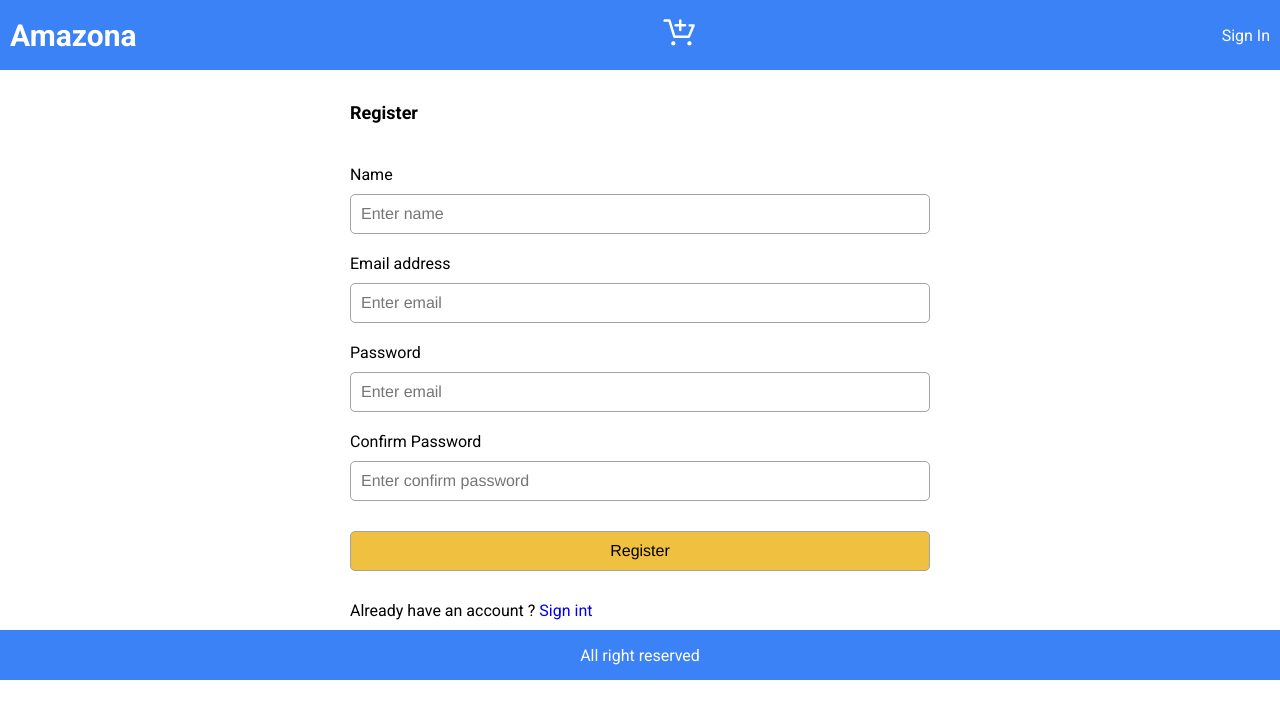
Repository: rexhep/e-commerce
Page: /register (app in frontend/)
The author's editor kept a copy of each file at every save. The page is drawn from the files as they stood at one save, then again after the next save.
The browser window is 1280 px wide. The pictures show the whole page.
The project was rebuilt for these pictures with package versions that can differ from the ones it lists, and the page was loaded fresh each time. Also part of the build but not shown: frontend/src/actions/cartActions.js, frontend/src/components/clientHeader/ClientHeader.jsx, frontend/src/components/MessageBox.js, frontend/src/pages/CartPage.js, frontend/src/components/Rating.js, frontend/src/components/Product.js, frontend/src/components/LoadingBox.js, frontend/src/actions/productActions.js and 22 more.

Above is the page before, as saved 2021-10-13 00:06:39.

### frontend/public/index.html
<!DOCTYPE html>
<html lang="en">
  <head>
    <meta charset="utf-8" />
    <link rel="icon" href="%PUBLIC_URL%/favicon.ico" />
    <meta name="viewport" content="width=device-width, initial-scale=1" />
    <meta name="theme-color" content="#000000" />
    <meta
      name="description"
      content="Web site created using create-react-app"
    />
    <link rel="apple-touch-icon" href="%PUBLIC_URL%/logo192.png" />
    <!--
      manifest.json provides metadata used when your web app is installed on a
      user's mobile device or desktop. See https://developers.google.com/web/fundamentals/web-app-manifest/
    -->
    <link rel="manifest" href="%PUBLIC_URL%/manifest.json" />
    <!--
      Notice the use of %PUBLIC_URL% in the tags above.
      It will be replaced with the URL of the `public` folder during the build.
      Only files inside the `public` folder can be referenced from the HTML.

      Unlike "/favicon.ico" or "favicon.ico", "%PUBLIC_URL%/favicon.ico" will
      work correctly both with client-side routing and a non-root public URL.
      Learn how to configure a non-root public URL by running `npm run build`.
    -->
    <link
        rel="stylesheet"
        href="https://cdnjs.cloudflare.com/ajax/libs/font-awesome/4.7.0/css/font-awesome.min.css"
      />
      <link rel="preconnect" href="https://fonts.googleapis.com">
      <link href="https://fonts.googleapis.com/css2?family=Roboto:ital,wght@0,100;0,300;0,400;0,500;0,700;0,900;1,100;1,300;1,400;1,500;1,700;1,900&display=swap" rel="stylesheet">
    <title>React App</title>
  </head>
  <body>
    <noscript>You need to enable JavaScript to run this app.</noscript>
    <div id="root"></div>
    <!--
      This HTML file is a template.
      If you open it directly in the browser, you will see an empty page.

      You can add webfonts, meta tags, or analytics to this file.
      The build step will place the bundled scripts into the <body> tag.

      To begin the development, run `npm start` or `yarn start`.
      To create a production bundle, use `npm run build` or `yarn build`.
    -->
  </body>
</html>

### frontend/src/index.js
import React from 'react';
import { Provider } from 'react-redux';
import ReactDOM from 'react-dom';
import './index.css';
import App from './App';
import reportWebVitals from './reportWebVitals';
import store from './store';

ReactDOM.render(
  <Provider store={store}>
    <React.StrictMode>
      <App />
    </React.StrictMode>
  </Provider>,
  document.getElementById('root')
);

// If you want to start measuring performance in your app, pass a function
// to log results (for example: reportWebVitals(console.log))
// or send to an analytics endpoint. Learn more: https://bit.ly/CRA-vitals
reportWebVitals();

### frontend/src/index.css
html {
  font-size: 62.5%; /* 16px x 62.5 = 10px = 1rem */
  box-sizing: border-box;
}

body {
  margin: 0;
  height: 100vh;
  font-size: 1.6rem;
  font-family: 'Roboto', sans-serif;
  -webkit-font-smoothing: antialiased;
  -moz-osx-font-smoothing: grayscale;
}
#root {
  height: 100%;
}

/* Layout */
.primary-container {
  margin-top: 20px;
}
.grid-container {
  display: grid;
  grid-template-areas:
  'header'
  'main'
  'footer';
  grid-template-columns: 1fr;
  grid-template-rows: 5rem 1fr 5rem;
  height: 100%;
}

header {
  grid-area: header;
  background-color: #3B82F6;
  height: 50px;
}

main {
  /* grid-area: main;
  padding: 1rem; */
}

footer {
  grid-area: footer;
  background-color: #3B82F6;
  height: 50px;
  color: #fff
}
/* Common */
h1 {
  font-size: 1.8rem;
  padding: 1rem 0;
}

h2 {
  font-size: 1.6rem;
  padding: 1rem 0;
}
a {
  text-decoration: none;
}
a:hover {
  color: #ff8000;
}
ul {
  padding: 0;
  margin: 0;
  list-style-type: none;
}
li {
  margin-top: 1rem;
}

.mr-20 {
  margin-right: 20px;
}

input,
select,
textarea,
button {
  padding: 1rem;
  border-radius: 0.5rem;
  border: 0.1rem #a4a4a4 solid;
  font-size: 1.6rem;
  font-family: Helvetica, Arial, sans-serif;
  -webkit-font-smoothing: antialiased;
  -moz-osx-font-smoothing: grayscale;
}

button {
  background-color: #f8f8f8;
  cursor: pointer;
}

#fade-button {
  color: #fff;
  font-size: 1.6rem;
}
#fade-button:hover {
  border: none;
}

input:hover,
select:hover,
textarea:hover,
button:hover {
  border: 0.1rem #404040 solid;
}
button.primary {
  background-color: #f0c040;
}
button.block {
  width: 100%;
}

button.small {
  font-size: 1.2rem;
}

/* Header */
header {
  color: #fff;
  padding: 1rem;
}
header div a {
  color: #fff;
}
a.brand {
  color: white;
  font-size: 3rem;
  font-weight: bold;
}
.badge {
  background-color: #f02020;
  color: #ffffff;
  border-radius: 50%;
  padding: 0.2rem 0.7rem;
  font-size: 1.4rem;
  margin-left: 0.2rem;
}
.row {
  display: flex;
  flex-wrap: wrap;
  justify-content: space-between;
  align-items: center;
}
.row.center {
  justify-content: center;
}
.row.top {
  align-items: flex-start;
}
.col-1 {
  flex: 1 1 25rem;
}
.col-2 {
  flex: 2 1 50rem;
}

.min-30 {
  min-width: 30rem;
}

/* Image */
img {
  border-radius: 0.5rem;
}
img.small {
  max-width: 5rem;
  width: 100%;
}
img.medium {
  max-width: 29rem;
  width: 100%;
}
img.large {
  width: 100%;
}
img.custom-image {
  max-width: 29rem;
  width: 100%;
  max-height: 600px;
  height: 100%;
}

/* SLIDER */
.slider-cover {
  float: left;
  width: 100%;
  height: 800px;
}

.slider-cover .desc {
  position: absolute;
  left: 50%;
  top: 50%;
  transform: translate(-50%, -50%);
  -ms-transform: translate(-50%, -50%); /* for IE 9 */
  -webkit-transform: translate(-50%, -50%); /* for Safari */
}

.slider-cover .desc h2.title {
  font-size: 32px;
  color: #fff;
  text-align: center;
  font-weight: 700;
}

.slider-cover .desc p {
  color: #fff;
  font-size: 16px;
  text-align: center;
  font-weight: 300;
}


/* Card */
.card {
  border: 0.1rem #c0c0c0 solid;
  background-color: #f8f8f8;
  border-radius: 0.5rem;
  margin: 1rem;
}
.card-body {
  padding: 1rem;
}

.card-body > * {
  margin-bottom: 0.5rem;
}

.custom-card {
  overflow: visible !important;
}

.custom-item, .custom-card {
  box-shadow: none !important;
  border-radius: 0 !important;
}

.custom-item {
  border:solid 1px #ccc9c9;
}

.custom-card-content a h2 {
  font-size: 18px;
  color: #1F2937;
  font-weight: 300;
    text-transform: uppercase;
}

.custom-card-content .rating span {
  font-size: 14px;
  font-weight: 300;
}

.custom-card-content .price {
  font-size: 18px;
  font-weight: 700;
  padding-top: 20px;
}

.custom-card img {
  border-radius: 0;
}

.test {
  z-index: 9999;
  background-color: red;
}

.price {
  font-size: 2rem;
}

/* Rating */
.rating span {
  color: #f0c040;
  margin: 0.1rem;
}
.rating span:last-child {
  color: #404040;
}

/* Alert */
.loading {
  display: block !important;
}
.success {
  color: #20a020;
}
.danger {
  color: #a02020;
}

.alert {
  padding: 1rem;
  border: 0.1rem solid transparent;
  border-radius: 0.5rem;
}
.alert-info {
  color: #2020a0;
  background-color: #e0e0ff;
}
.alert-danger {
  color: #a02020;
  background-color: #ffe0e0;
}

.alert-success {
  color: #20a020;
  background-color: #eeffe0;
}

/* Form */
.form {
  max-width: 60rem;
  margin: 0 auto;
}
.form > div {
  display: flex;
  flex-direction: column;
  margin: 1rem;
}
.form label {
  margin: 1rem 0;
}

/* Dropdown */
.dropdown {
  display: inline-block;
  position: relative;
}
.dropdown-content {
  position: absolute;
  display: none;
  right: 0;
  min-width: 12rem;
  padding: 1rem;
  z-index: 1;
  background-color: #203040;
  margin: 0;
  margin-top: 0.4rem;
  border-radius: 0.5rem;
}
.dropdown:hover .dropdown-content {
  display: block;
}

/* Checkout Steps */
.checkout-steps > div {
  border-top: 0.3rem #c0c0c0 solid;
  color: #c0c0c0;
  flex: 1;
  padding: 1rem;
  font-weight: bold;
}
.checkout-steps > div.active {
  border-top-color: #f08000;
  color: #f08000;
}

/* Table */
.table {
  width: 100%;
  border-collapse: collapse;
}
.table tbody tr:nth-of-type(odd) {
  background-color: #f4f4f4;
}
.table td,
.table th {
  text-align: left;
  border: 0.1rem solid #e4e4e4;
  padding: 0.5rem;
}
.table button {
  margin: 0 0.2rem;
}

/* font-SIZE */
.fontSize, .fontSize a {
  font-size: 1.6rem !important;
  color: #333 !important;
}
.fontSize-avatar {
  color: #fff;
  font-size: 1.6rem !important;
}

/* AVATAR ICON */
.avatar-icon {
  margin-left: 10px !important;
}
.avatar-icon:hover {
  border: 0;
}

/* SPINNER */
.spinner-box {
  width: 100%;
  height: 85vh;
  display: flex;
  justify-content: center;
  align-items: center;
  background-color: transparent;
}
.three-quarter-spinner {
  width: 50px;
  height: 50px;
  border: 3px solid #fb5b53;
  border-top: 3px solid transparent;
  border-radius: 50%;
  animation: spin .5s linear 0s infinite;
}

/* END SPINNER */

/* PRODUCT DETAILS */
.product-details {
  padding: 20px;
}
.product-details-image {
  width: 100%;
}

.product-details-image img {
  width: auto;
  max-height: 500px;
  margin: 0 auto;
  display: block;
  border: solid 1px;
  border-radius: 0;
}

.product-details h1 {
  text-transform: uppercase;
  font-family: 'Roboto', sans-serif;
}

.product-details ul li {
  font-family: 'Roboto', sans-serif;
  font-weight: 300;
}

/* END PRODUCT DETAILS */

/* KEYFRAMES */

@keyframes spin {
  from {
    transform: rotate(0);
  }
  to{
    transform: rotate(359deg);
  }
}

@keyframes spin3D {
  from {
    transform: rotate3d(.5,.5,.5, 360deg);
  }
  to{
    transform: rotate3d(0deg);
  }
}

@keyframes configure-clockwise {
  0% {
    transform: rotate(0);
  }
  25% {
    transform: rotate(90deg);
  }
  50% {
    transform: rotate(180deg);
  }
  75% {
    transform: rotate(270deg);
  }
  100% {
    transform: rotate(360deg);
  }
}

@keyframes configure-xclockwise {
  0% {
    transform: rotate(45deg);
  }
  25% {
    transform: rotate(-45deg);
  }
  50% {
    transform: rotate(-135deg);
  }
  75% {
    transform: rotate(-225deg);
  }
  100% {
    transform: rotate(-315deg);
  }
}

@keyframes pulse {
  from {
    opacity: 1;
    transform: scale(1);
  }
  to {
    opacity: .25;
    transform: scale(.75);
  }
}

### frontend/src/components/privateRoute.js
import React from 'react';
import { useSelector } from 'react-redux';
import { Redirect, Route } from 'react-router-dom';

export default function PrivateRoute({ component: Component, ...rest }) {
    const userSignin = useSelector((state) => state.userSignin);
    const { userInfo } = userSignin;
    return (
        <Route
            {...rest}
            render={(props) =>
                userInfo ? (
                    <Component {...props}></Component>
                ) : (
                    <Redirect to="/signin" />
                )
            }
        ></Route>
    );
}

### frontend/src/pages/RegisterPage.jsx
import React, { useState, useEffect } from 'react';
import { useDispatch, useSelector } from 'react-redux';
import { Link } from 'react-router-dom';
import { register } from '../actions/userActions';
import ClientNavbar from '../components/clientHeader/ClientNavbar';
import LoadingBox from '../components/LoadingBox';
import MessageBox from '../components/MessageBox';

export default function RegisterPage(props) {
    const [name, setName] = useState('');
    const [email, setEmail] = useState('');
    const [password, setPassword] = useState('');
    const [confirmPassword, setConfirmPassword] = useState('');

    const redirect = props.location.search
    ? props.location.search.split('=')[1]
    : '/';

      //get userRegister from redux store
  const userRegister = useSelector((state) => state.userRegister);
  console.log('userRegister', userRegister);
  const { userInfo, loading, error } = userRegister;

    const dispatch = useDispatch();
    const submitHandler = (e) => {
        e.preventDefault();
        if(password !== confirmPassword) {
            alert('Password and confirm password are not match');
        } else {
            dispatch(register(name, email, password));
        }
    };

    useEffect(() => {
        if(userInfo) {
            props.history.push(redirect);
        }
    }, [props.history, redirect, userInfo])

    return (
        <>
        <ClientNavbar />
        <div>
            <form className="form" onSubmit={submitHandler}>
                <div>
                    <h1>Register</h1>
                </div>
                {loading && <LoadingBox></LoadingBox>}
                {error && <MessageBox variant="danger">{error}</MessageBox>}
                <div>
                    <label htmlFor="name">Name</label>
                    <input
                        type="text"
                        id="name"
                        placeholder="Enter name"
                        required
                        onChange={ e => setName(e.target.value)}
                    >

                    </input>
                </div>
                <div>
                    <label htmlFor="email">Email address</label>
                    <input
                        type="email"
                        id="email"
                        placeholder="Enter email"
                        required
                        onChange={ e => setEmail(e.target.value)}
                    >

                    </input>
                </div>
                <div>
                    <label htmlFor="password">Password</label>
                    <input
                        type="password"
                        id="password"
                        placeholder="Enter email"
                        required
                        onChange={ e => setPassword(e.target.value)}
                    >

                    </input>
                </div>
                <div>
                    <label htmlFor="confirmPassword">Confirm Password</label>
                    <input
                        type="password"
                        id="confirmPassword"
                        placeholder="Enter confirm password"
                        required
                        onChange={ e => setConfirmPassword(e.target.value)}
                    >

                    </input>
                </div>
                <div>
                    <label />
                    <button className="primary" type="submit">
                        Register
                    </button>
                </div>
                <div>
                    <label />
                    <div>
                        Already have an account ? {' '}
                        <Link to={`/signin?redirect=${redirect}`}>Sign int</Link>
                    </div>
                </div>
            </form>
        </div>
        </>
    )
}

### frontend/src/components/AdminRoute.js
import React from 'react';
import { useSelector } from 'react-redux';
import { Redirect, Route } from 'react-router-dom';

export default function AdminRoute({ component: Component, ...rest }) {
    const userSignin = useSelector((state) => state.userSignin);
    const { userInfo } = userSignin;
    return (
        <Route
            {...rest}
            render={(props) =>
                userInfo && userInfo.isAdmin ? (
                    <Component {...props}></Component>
                ) : (
                    <Redirect to="/signin" />
                )
            }
        ></Route>
    )
}

### frontend/src/reducers/cartReducers.js
import { CART_ADD_ITEM, CART_EMPTY, CART_REMOVE_ITEM, CART_SAVE_PAYMENT_METHOD, CART_SAVE_SHIPPING_ADDRESS } from '../constants/cartContstant';

export const cartReducer = (state = { cartItems: [] }, action) => {
    switch (action.type) {
        case CART_ADD_ITEM:
            const item = action.payload;
            const existItem = state.cartItems.find(x => x.product === item.product);
            if (existItem) {
                return {
                    ...state,
                    cartItems: state.cartItems.map(x =>
                        x.product === existItem.product ? item : x
                    ),

                }
            } else {
                return { ...state, cartItems: [...state.cartItems, item] };
            }

        case CART_REMOVE_ITEM:
            return {
                ...state,
                cartItems: state.cartItems.filter(x => x.product !== action.payload)
                // cartItems: state.cartItems.filter((x) => x.product !== action.payload),
            };

        case CART_SAVE_SHIPPING_ADDRESS:
            return { ...state, shippingAddress: action.payload }

        case CART_SAVE_PAYMENT_METHOD:
            return { ...state, paymentMethod: action.payload }

        case CART_EMPTY:
            return { ...state, cartItems: [] }

        default:
            return state;
    }
}

### frontend/src/reducers/productReducers.js
import { PRODUCT_DETAILS_FAIL, PRODUCT_DETAILS_REQUEST, PRODUCT_DETAILS_SUCCESS, PRODUCT_LIST_FAIL, PRODUCT_LIST_REQUEST, PRODUCT_LIST_SUCCESS, PRODUCT_REGISTER_FAIL, PRODUCT_REGISTER_REQUEST, PRODUCT_REGISTER_SUCCESS } from "../constants/productContants";

export const productListReducer = (state = { loading: true, products: [] }, action) => {
    switch (action.type) {
        case PRODUCT_LIST_REQUEST:
            return { loading: true }
        case PRODUCT_LIST_SUCCESS:
            return { loading: false, products: action.payload }
        case PRODUCT_LIST_FAIL:
            return { loading: false, error: action.payload }
        default:
            return state;
    }
};

export const productDetailsReducer = (state = { loading: true, product: {} }, action) => {
    switch (action.type) {
        case PRODUCT_DETAILS_REQUEST:
            return { loading: true }
        case PRODUCT_DETAILS_SUCCESS:
            return { loading: false, product: action.payload }
        case PRODUCT_DETAILS_FAIL:
            return { loading: false, error: action.payload }
        default:
            return state;
    }
}

export const productRegisterReducer = (state = { loading: true, item: {} }, action) => {
    switch (action.type) {
        case PRODUCT_REGISTER_REQUEST:
            return { loading: true };
        case PRODUCT_REGISTER_SUCCESS:
            return { loading: false, item: action.payload }
        case PRODUCT_REGISTER_FAIL:
            return { loading: false, error: action.payload };
        default:
            return state;
    }
}

### frontend/src/components/clientHeader/ClientNavbar.jsx
import React from 'react';
import { useSelector } from 'react-redux';
import { Link } from 'react-router-dom';
import { makeStyles } from '@material-ui/core';
import addToCartImage from '../../components/clientHeader/images/add-to-cart.png';
import ClientHeader from '../clientHeader/ClientHeader';

const useStyles = makeStyles((theme) => ({
    dashboardDropdown: {
        padding: "0px 10px",
        '& a': {
            textTransform: 'uppercase'
        }
    },
    addToCartSector: {
        position: 'relative',
        '& .badge': {
            position: "absolute",
            right: -15
        }
    }
  }));

export default function ClientNavbar() {
    const classes = useStyles();
    const cart = useSelector(state => state.cart);
    const { cartItems } = cart;

    const userSignin = useSelector((state) => state.userSignin);
    const { userInfo } = userSignin;

    return (
        <div>
                <header className="row">
                    <div>
                        <Link className="brand" to="/">Amazona</Link>
                    </div>
                    <div className={classes.addToCartSector}>
                        <Link to="/cart">
                        <img src={addToCartImage} alt="Add to cart" />
                            {cartItems.length > 0 && (
                                <span className="badge">{cartItems.length}</span>
                            )}
                        </Link>
                    </div>
                    <div>
                        {userInfo ? (
                            <div className="dropdown">
                                <ClientHeader />
                            </div>
                        ) : (
                            <Link to="/signin">Sign In</Link>
                        )}
                        {userInfo && userInfo.isAdmin && (
                            <div className={`${classes.dashboardDropdown} dropdown`}>
                                <Link to="/dashboard">Dashboard</Link>
                            </div>
                        )}
                    </div>
                </header>
            </div>
    )
}

### frontend/src/constants/orderConstants.js
export const ORDER_CREATE_REQUEST = 'ORDER_CREATE_REQUEST';
export const ORDER_CREATE_SUCCESS = 'ORDER_CREATE_SUCCESS';
export const ORDER_CREATE_FAIL = 'ORDER_CREATE_FAIL';
export const ORDER_CREATE_RESET = 'ORDER_CREATE_RESET';

export const ORDER_PAY_REQUEST = 'ORDER_PAY_REQUEST';
export const ORDER_PAY_SUCCESS = 'ORDER_PAY_SUCCESS';
export const ORDER_PAY_FAIL = 'ORDER_PAY_FAIL';
export const ORDER_PAY_RESET = 'ORDER_PAY_RESET';


export const ORDER_DETAILS_REQUEST = 'ORDER_DETAILS_REQUEST';
export const ORDER_DETAILS_SUCCESS = 'ORDER_DETAILS_SUCCESS';
export const ORDER_DETAILS_FAIL = 'ORDER_DETAILS_FAIL';

export const ORDER_MINE_LIST_REQUEST = 'ORDER_MINE_LIST_REQUEST';
export const ORDER_MINE_LIST_SUCCESS = 'ORDER_MINE_LIST_SUCCESS';
export const ORDER_MINE_LIST_FAIL = 'ORDER_MINE_LIST_FAIL';

export const MENAGE_ORDERS_REQUEST = 'MENAGE_ORDERS_REQUEST';
export const MENAGE_ORDERS_SUCCESS = 'MENAGE_ORDERS_SUCCESS';
export const MENAGE_ORDERS_FAIL = 'MENAGE_ORDERS_FAIL';

export const CHANGE_ORDER_DELIVERY_REQUEST = 'CHANGE_ORDER_DELIVERY_REQUEST';
export const CHANGE_ORDER_DELIVERY_SUCCESS = 'CHANGE_ORDER_DELIVERY_SUCCESS';
export const CHANGE_ORDER_DELIVERY_FAIL = 'CHANGE_ORDER_DELIVERY_FAIL';

### frontend/src/constants/userConstants.js
export const USER_REGISTER_REQUEST = 'USER_REGISTER_REQUEST';
export const USER_REGISTER_SUCCESS = 'USER_REGISTER_SUCCESS';
export const USER_REGISTER_FAIL = 'USER_REGISTER_FAIL';

export const USER_SIGNIN_REQUEST = 'USER_SIGNIN_REQUEST';
export const USER_SIGNIN_SUCCESS = 'USER_SIGNIN_SUCCESS';
export const USER_SIGNIN_FAIL = 'USER_SIGNIN_FAIL';

export const USER_SIGNOUT = 'USER_SIGNOUT';

export const USER_DETAILS_REQUEST = 'USER_DETAILS_REQUEST';
export const USER_DETAILS_SUCCESS = 'USER_DETAILS_SUCCESS';
export const USER_DETAILS_FAIL = 'USER_DETAILS_FAIL';

export const USER_UPDATE_PROFILE_REQUEST = 'USER_UPDATE_PROFILE_REQUEST';
export const USER_UPDATE_PROFILE_SUCCESS = 'USER_UPDATE_PROFILE_SUCCESS';
export const USER_UPDATE_PROFILE_FAIL = 'USER_UPDATE_PROFILE_FAIL';
export const USER_UPDATE_PROFILE_RESET = 'USER_UPDATE_PROFILE_RESET';

export const ADMIN_ALL_USERS_REQUEST = 'ADMIN_ALL_USERS_REQUEST';
export const ADMIN_ALL_USERS_SUCCESS = 'ADMIN_ALL_USERS_SUCCESS';
export const ADMIN_ALL_USERS_FAIL = 'ADMIN_ALL_USERS_FAIL';

### frontend/src/constants/productContants.js
export const PRODUCT_LIST_REQUEST = 'PRODUCT_LIST_REQUEST';
export const PRODUCT_LIST_SUCCESS = 'PRODUCT_LIST_SUCCESS';
export const PRODUCT_LIST_FAIL = 'PRODUCT_LIST_FAIL';

export const PRODUCT_DETAILS_REQUEST = 'PRODUCT_DETAILS_REQUEST';
export const PRODUCT_DETAILS_SUCCESS = 'PRODUCT_DETAILS_SUCCESS';
export const PRODUCT_DETAILS_FAIL = 'PRODUCT_DETAILS_FAIL';

export const PRODUCT_REGISTER_REQUEST = 'PRODUCT_REGISTER_REQUEST';
export const PRODUCT_REGISTER_SUCCESS = 'PRODUCT_REGISTER_SUCCESS';
export const PRODUCT_REGISTER_FAIL = 'PRODUCT_REGISTER_FAIL';

Loaded but not shown: frontend/src/reportWebVitals.js (common file); frontend/src/constants/cartContstant.js (common file); frontend/src/actions/userActions.js (142 lines, source omitted); frontend/src/reducers/orderReducers.js (108 lines, source omitted); frontend/src/reducers/userReducer.js (70 lines, source omitted); frontend/src/App.js (50 lines, source omitted); frontend/src/store.js (53 lines, source omitted)

After the next save:
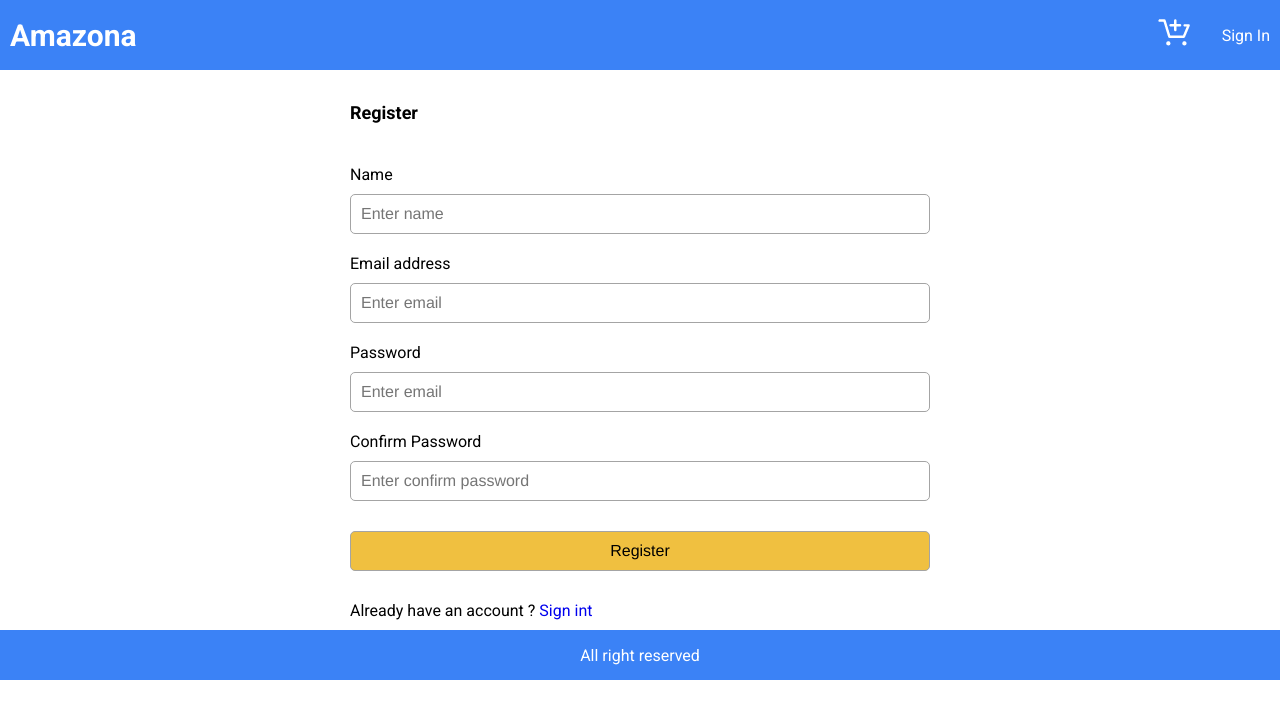
Saved 7 min 26 s later.
--- a/frontend/src/components/clientHeader/ClientNavbar.jsx
+++ b/frontend/src/components/clientHeader/ClientNavbar.jsx
@@ -14,10 +14,19 @@ const useStyles = makeStyles((theme) => ({
     },
     addToCartSector: {
         position: 'relative',
+        marginLeft: 'auto',
         '& .badge': {
             position: "absolute",
             right: -15
         }
+    },
+    rowHeader: {
+        display: "flex",
+        alignItems: "center",
+        justifyContent: "flex-end",
+        flexWrap: "wrap",
+        rowGap: "10px",
+        columnGap: "2em"
     }
   }));
 
@@ -31,7 +40,7 @@ export default function ClientNavbar() {
 
     return (
         <div>
-                <header className="row">
+                <header className={classes.rowHeader}>
                     <div>
                         <Link className="brand" to="/">Amazona</Link>
                     </div>
